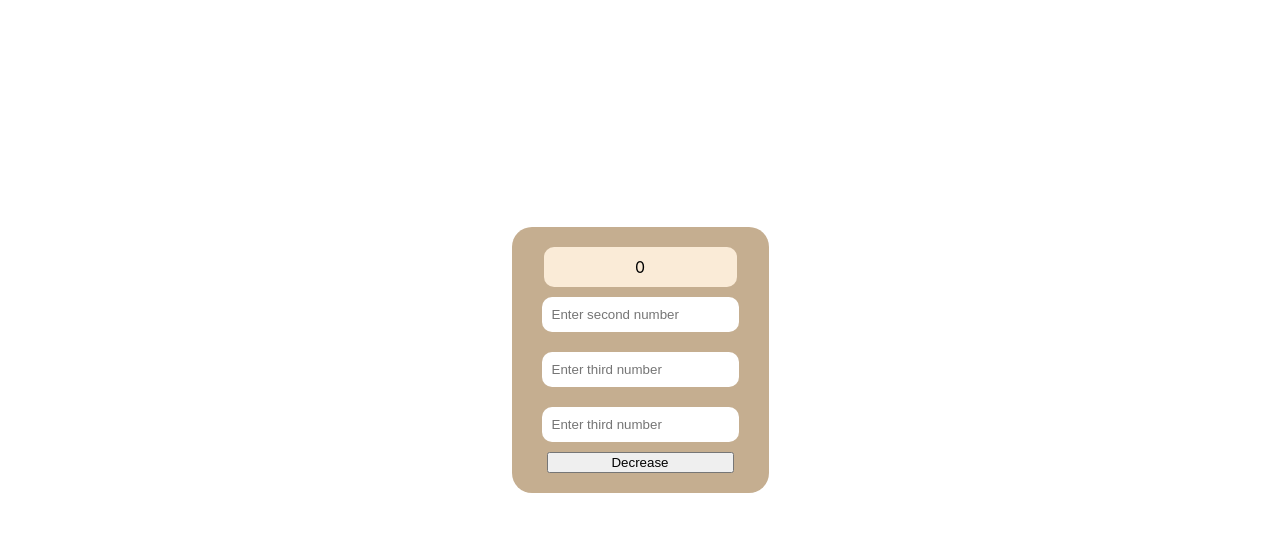
Repository: purnimapatel/SI-calculator
Page: /
The author's editor kept a copy of each file at every save. The page is drawn from the files as they stood at one save, then again after the next save.
The browser window is 1280 px wide. The pictures show the whole page.
The project was rebuilt for these pictures with package versions that can differ from the ones it lists, and the page was loaded fresh each time.

Above is the page before, as saved 2024-08-26 11:40:40.

### src/App.jsx
import logo from './logo.svg';
import './App.css';
import { useState } from 'react';

function App() {
  const[rate, setRate]=(useState(''));
  const[principle, setPrinciple]=(useState());
  const[time, setTime]=(useState(''));
  const[res, setRes]=(useState(0));
  return(

    <div className="container">
    <div className="container1">
    <div className="result">
    {res}
    </div>


    <input
        type="number"
        id = "field"
        value={rate}
        onChange={(e) => setRate(Number(e.target.value))}
        placeholder="Enter second number"
      />
      <input
        type="number"
        id="field"
        value={principle}
        onChange={(e) => setPrinciple(Number(e.target.value))}
        placeholder="Enter third number"
      />
      <input
        type="number"
        id = "field"
        value={time}
        onChange={(e) => setTime(Number(e.target.value))}
        placeholder="Enter third number"
      />
    <button className='btn' onClick={result}>Decrease</button>
    </div>
    </div>

  )
  function result(){

    setRate('');
    setPrinciple('');
    setTime('');
    setRes((rate*principle*time)/100)

}




}


export default App;

### src/App.css
.App {
  text-align: center;

}
.container{
  display: flex;
  justify-content: center;
  align-items:center;
  height:100vh;

}
.container1{

  background-color:rgb(197, 174, 144);
  display:flex;
  text-align: center;
  flex-direction: column;
  justify-content: center;
  height: auto;
  width:auto;
  padding:20px;
  border-radius: 20px;

}
.result{
  display: flex;
  text-align: center;
  justify-content: center;
  margin:0px 12px;
  padding:10px 0px;
  background-color:antiquewhite;
  border-radius:10px;

}
input[type=number]::-webkit-outer-spin-button,
input[type=number]::-webkit-inner-spin-button {
    -webkit-appearance: none;
    margin: 0;
}

/* Remove the spinner in Firefox */
input[type=number] {
    -moz-appearance: textfield;
}
#field{
  margin:10px;
  padding:10px;
  border-radius:10px;
  border:none;
}
.btn{
  margin:0px 15px;
}

Loaded but not shown: public/index.html (common file); src/index.js (common file); src/index.css (common file); src/reportWebVitals.js (common file)

After the next save:
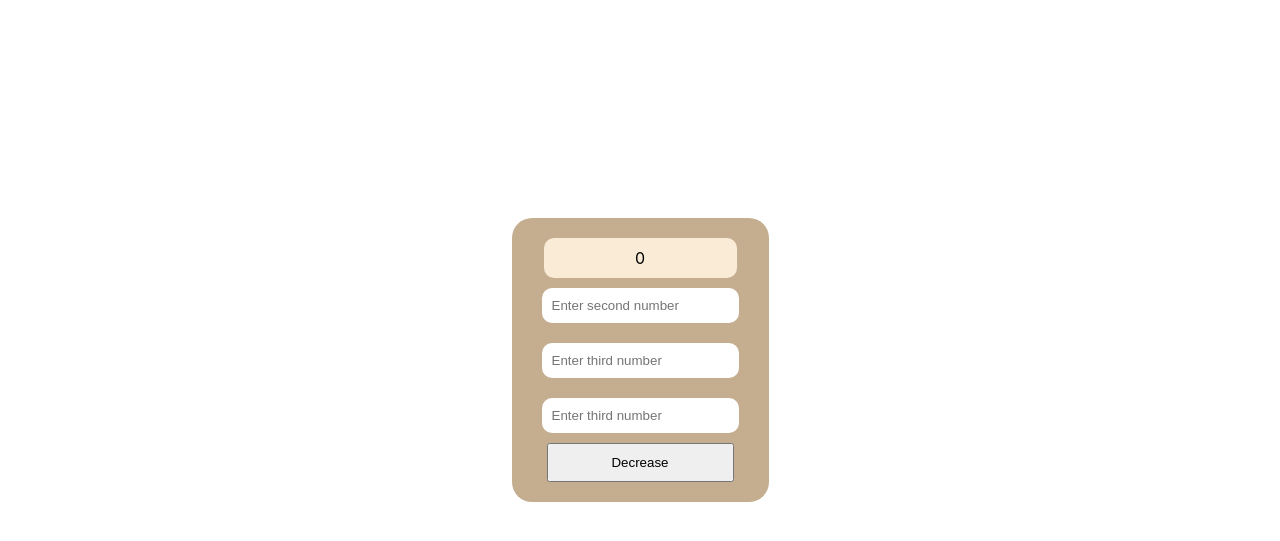
Saved 19 s later.
--- a/src/App.css
+++ b/src/App.css
@@ -50,4 +50,5 @@ input[type=number] {
 }
 .btn{
   margin:0px 15px;
+  padding:10px 20px;
 }
